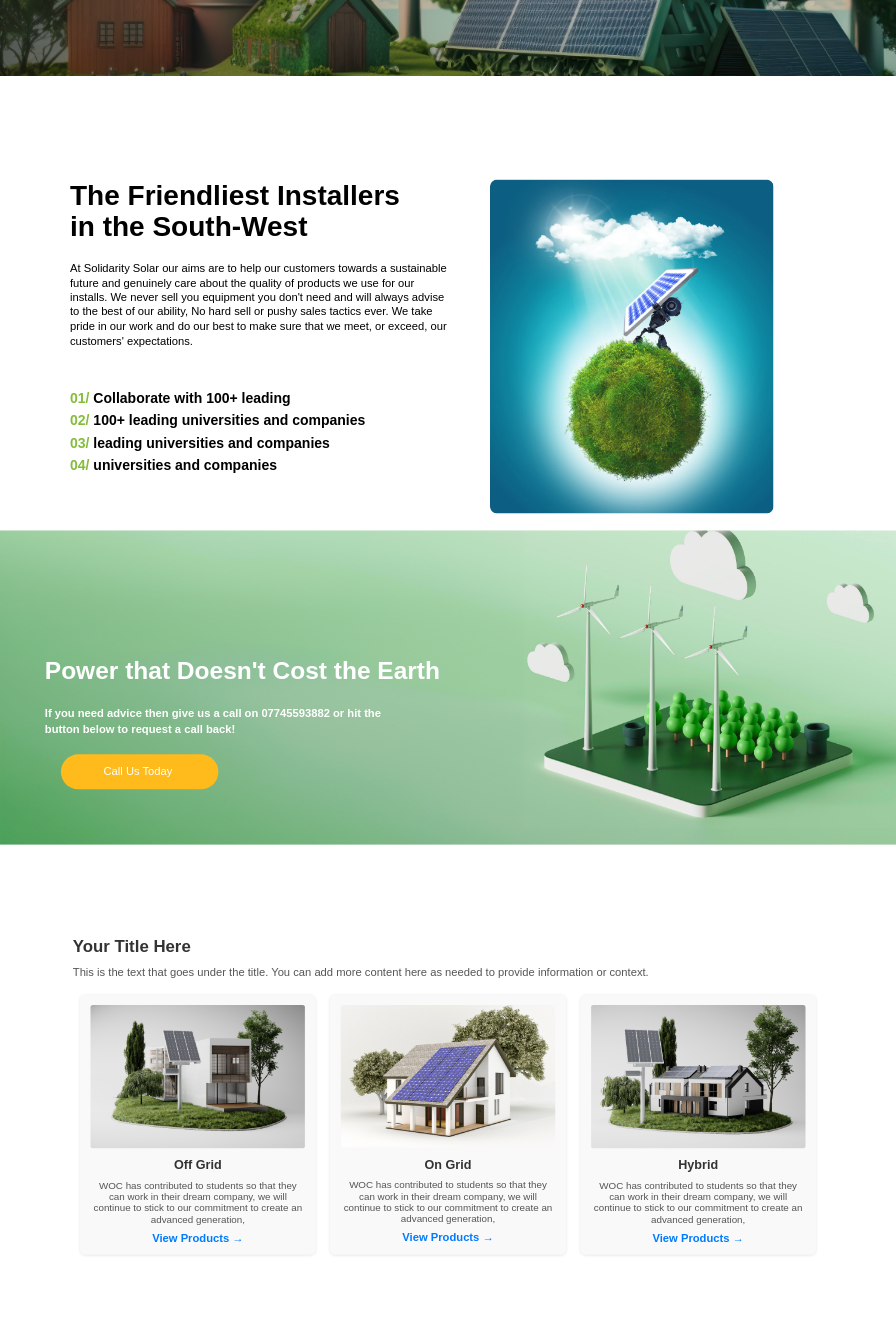
Repository: MaramNabil872/Landing-Page
Page: landingPage.html
The author's editor kept a copy of each file at every save. The page is drawn from the files as they stood at one save, then again after the next save.
The browser window is 1280 px wide. The pictures show the part of the page from y = 672 to 2592 px (the page is 2592 px tall before and 2464 px after), at 70% of full size.

Above is the page before, as saved 2024-10-20 22:02:30.

After the next save:
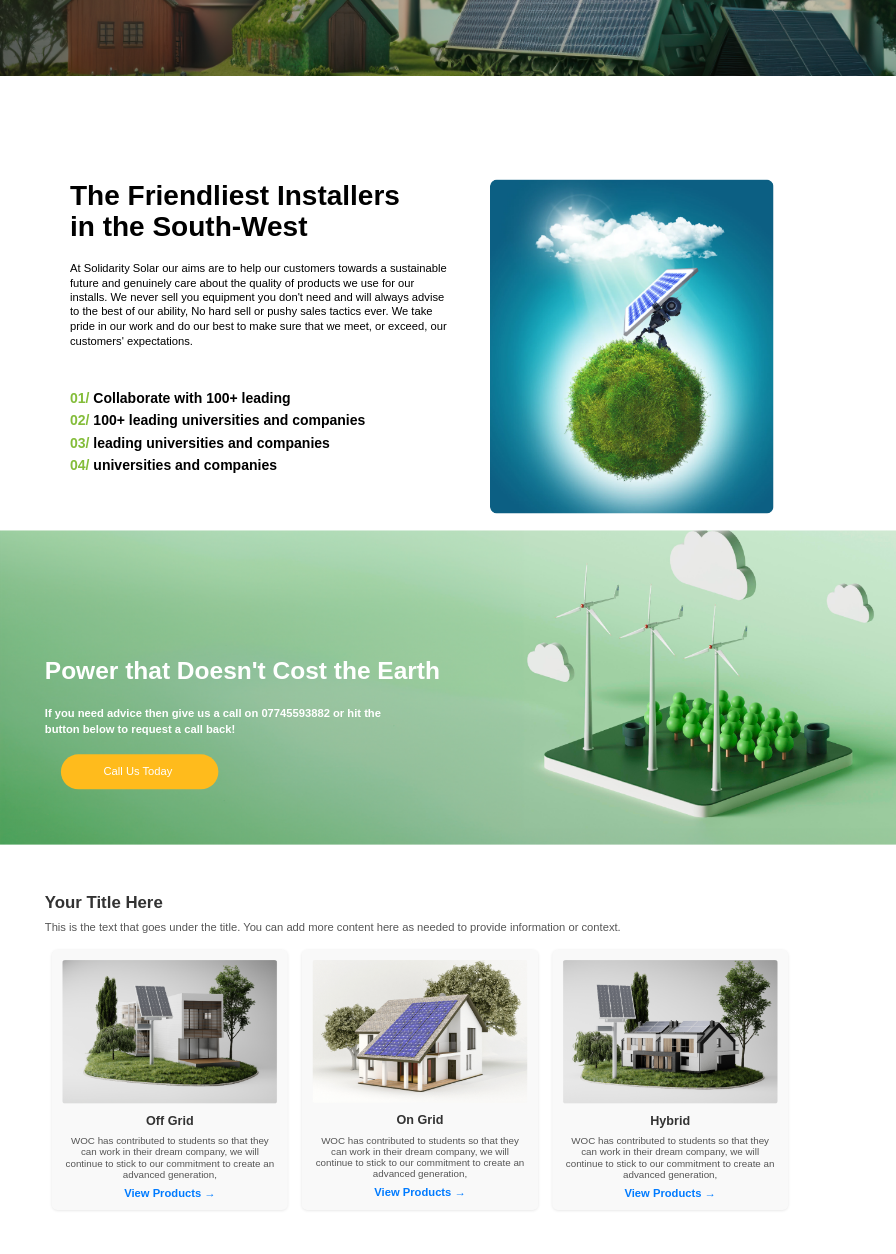
Saved 11 s later.
--- a/landingPage.css
+++ b/landingPage.css
@@ -215,7 +215,7 @@ font-size: 35px;
     background-color: white;
     padding: 5%;
     max-width: 1200px;
-    margin: 5% auto; /* Center the container */
+    /* margin: 5% auto; Center the container */
 }
 
 .title {
